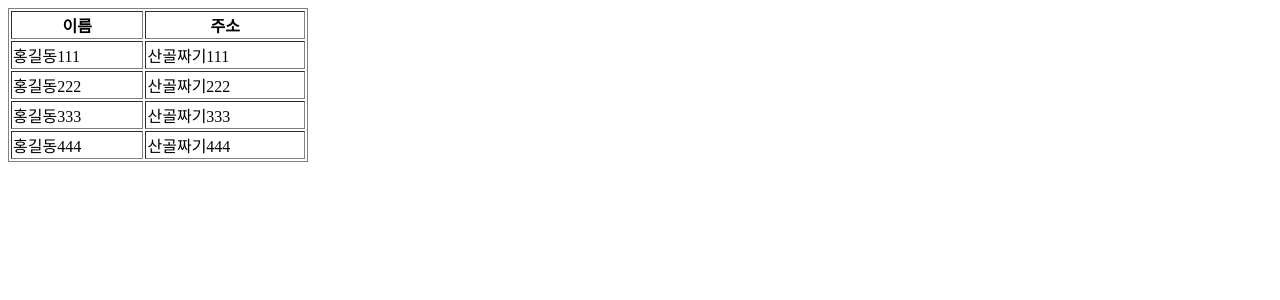
Repository: hangilyon/allJSPStudy
Page: javascript/ex15.html
An editor plug-in stored every save of this project. The page is shown before and after the next save, followed by the edit.
The browser window is 1280 px wide. The pictures show the whole page.

Above is the page before, as saved 2021-10-15 11:05:12.

After the next save:
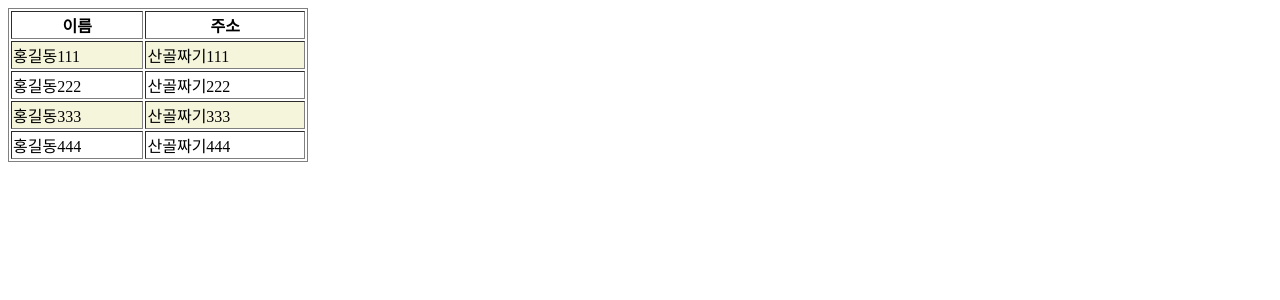
Saved 52 s later.
--- a/javascript/ex15.html
+++ b/javascript/ex15.html
@@ -7,6 +7,9 @@
 	#tagAdd {
 		width: 300px;
 		border: 1px solid gray;
+	}
+	tr:nth-child(even) {
+		background-color: beige;
 	}
 </style>
 <script type="text/javascript">
